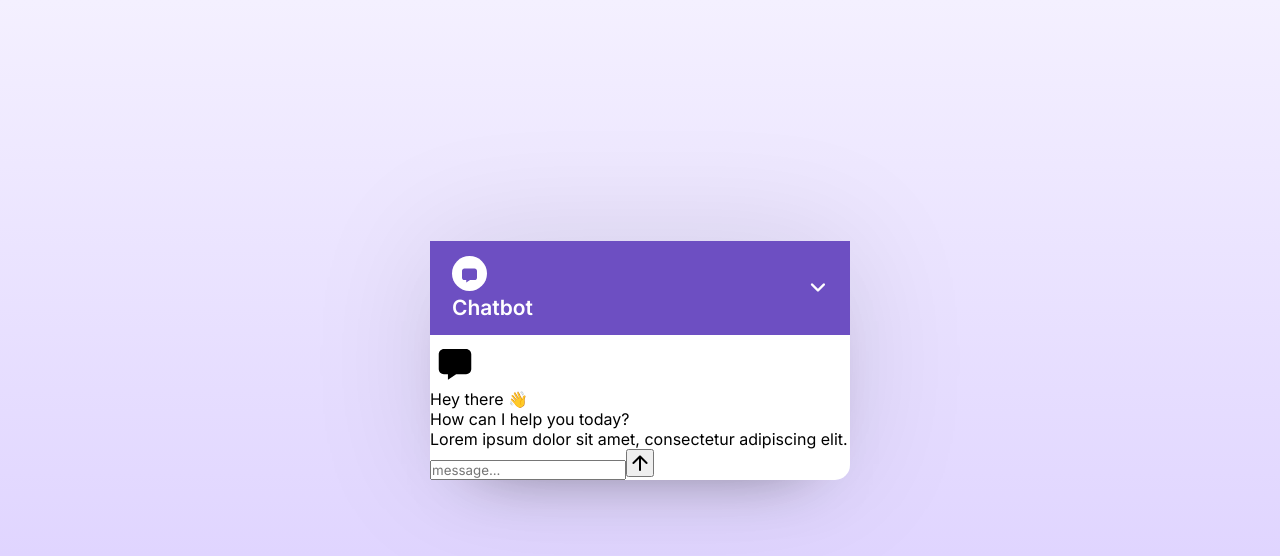
Repository: gogg23/chatbot
Page: / (app in chatbot/)
The author's editor kept a copy of each file at every save. The page is drawn from the files as they stood at one save, then again after the next save.
The browser window is 1280 px wide. The pictures show the whole page.
The project was rebuilt for these pictures with package versions that can differ from the ones it lists, and the page was loaded fresh each time. Also part of the build but not shown: chatbot/vite.config.js.

Above is the page before, as saved 2025-01-17 10:31:00.

### chatbot/index.html
<!DOCTYPE html>
<html lang="en">
  <head>
    <meta charset="UTF-8" />
    <link rel="icon" type="image/svg+xml" href="/vite.svg" />
    <meta name="viewport" content="width=device-width, initial-scale=1.0" />
    <title>Chatbot in ReactJS</title>
    <!--Linking google Fonts for Icons-->
    <link
      rel="stylesheet"
      href="https://fonts.googleapis.com/css2?family=Material+Symbols+Rounded
      :opsz,wght,FILL,GRAD48,400,0,0"
    />
  </head>
  <body>
    <div id="root"></div>
    <script type="module" src="/src/main.jsx"></script>
  </body>
</html>

### chatbot/src/index.css
/*Importing Google Fonts - Inter*/
@import url('https://fonts.googleapis.com/css2?family=Inter:ital,opsz,wght@0,14..32,100..900;1,14..32,100..900&display=swap');

* {
  margin: 0;
  padding: 0;
  box-sizing: border-box;
  font-family: 'Inter', sans-serif;
}

body {
  width: 100%;
  display: flex;
  align-items: center;
  justify-content: center;
  min-height: 100vh;
  background: linear-gradient(#f4f0ff, #dacdff);
}

.chatbot-popup {
  width: 420px;
  background: #fff;
  border-radius: 15px;
  box-shadow: 0 0 128px 0 rgba(0, 0, 0, 0.1),
    0 32px 64px -48px rgba(0, 0, 0, 0.5);
}

.chatbot-popup .chat-header {
  display: flex;
  padding: 15px 22px;
  align-items: center;
  justify-content: space-between;
  background: #6d4fc2;
}

.chatbot-header .header-info {
  display: flex;
  gap: 10px;
  align-items: center;
}

.header-info svg {
  height: 35px;
  width: 35px;
  padding: 6px;
  flex-shrink: 0;
  fill: #6d4fc2;
  background: #fff;
  border-radius: 50%;
}

.header-info .logo-text {
  color: #fff;
  font-size: 1.31rem;
  font-weight: 600;
}

.chat-header button {
  height: 40px;
  width: 40px;
  border: none;
  outline: none;
  color: #fff;
  cursor: pointer;
  font-size: 1.9rem;
  padding-top: 2px;
  border-radius: 50%;
  margin-right: -10px;
  background: none;
  transition: 0.2s ease;
}
.chat-header button:hover {
  background: #593bab;
}

### chatbot/src/App.jsx
import ChatbotIcon from './components/ChatbotIcon';

const App = () => {
  return (
    <div className='container'>
      <div className='chatbot-popup'>
        {/*Chatbot Header*/}
        <div className='chat-header'>
          <div className='header-info'>
            <ChatbotIcon />
            <h2 className='logo-text'>Chatbot</h2>
          </div>
          <button className='material-symbols-rounded'>
            keyboard_arrow_down
          </button>
        </div>
        {/*Chatbot Body*/}
        <div className='chat-body'>
          <div className='message bot-message'>
            <ChatbotIcon />
            <p className='message-text'>
              Hey there 👋
              <br />
              How can I help you today?
            </p>
          </div>
          <div className='message user-message'>
            <p className='message-text'>
              Lorem ipsum dolor sit amet, consectetur adipiscing elit.
            </p>
          </div>
        </div>
        {/*Chatbot Footer*/}
        <div className='chat-footer'>
          <form action='#' className='chat-form'></form>
          <input
            type='text'
            placeholder='message...'
            className='message-input'
            required
          />
          <button className='material-symbols-rounded'>arrow_upward</button>
        </div>
      </div>
    </div>
  );
};

export default App;

### chatbot/src/components/ChatbotIcon.jsx
const ChatbotIcon = () => {
  return (
    <svg
      xmlns='http://www.w3.org/2000/svg'
      width='50'
      height='50'
      viewBox='0 0 1024 1024'
    >
      <path
        d='M738.3 287.6H285.7c-59 0-106.8
      47.8-106.8 106.8v303.1c0 59 47.8 106.8 106.8 106.8h81.5v111.1c0
      .7.8 1.1 1.4.7l166.9-110.6 41.8-.8h117.4l43.6-.4c59
      0 106.8-47.8 106.8-106.8V394.5c0-59-47.8-106.9-106.8-106.9zM351
      .7 448.2c0-29.5 23.9-53.5 53.5-53.5s53.5 23.9 53.5 53.5-23.9
      53.5-53.5 53.5-53.5-23.9-53.5-53.5zm157.9 267.1c-67.8 0-123.8-47
      .5-132.3-109h264.6c-8.6 61.5-64.5 109-132.3 109zm110-213.7c-29.5
      0-53.5-23.9-53.5-53.5s23.9-53.5 53.5-53.5 53.5 23.9 53.5 53.5-23.9
      53.5-53.5 53.5zM867.2 644.5V453.1h26.5c19.4 0 35.1 15.7 35.1 35.1v121.1c0
      19.4-15.7 35.1-35.1 35.1h-26.5zM95.2 609.4V488.2c0-19.4 15.7-35.1
      35.1-35.1h26.5v191.3h-26.5c-19.4 0-35.1-15.7-35.1-35.1zM561.5 149.6c0 23.4-15.6
      43.3-36.9 49.7v44.9h-30v-44.9c-21.4-6.5-36.9-26.3-36.9-49.7 0-28.6 23.3-51.9 51.9-51.9s51.9
      23.3 51.9 51.9z'
      />
    </svg>
  );
};

export default ChatbotIcon;

Loaded but not shown: chatbot/src/main.jsx (common file)

After the next save:
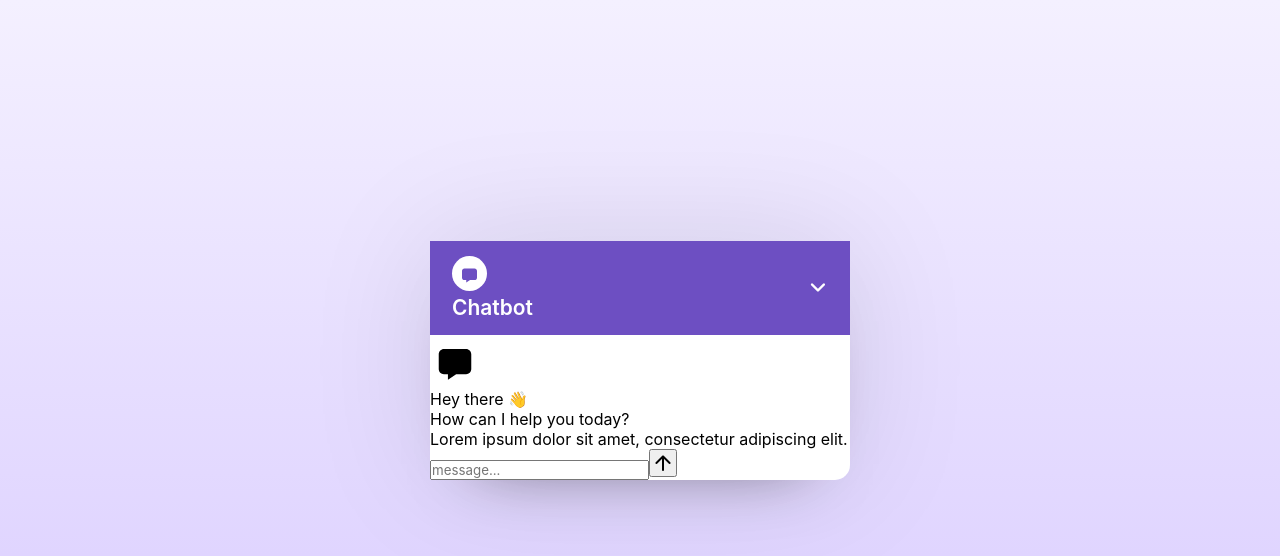
Saved 6 min 11 s later.
--- a/chatbot/src/index.css
+++ b/chatbot/src/index.css
@@ -1,5 +1,8 @@
 /*Importing Google Fonts - Inter*/
-@import url('https://fonts.googleapis.com/css2?family=Inter:ital,opsz,wght@0,14..32,100..900;1,14..32,100..900&display=swap');
+@import url
+(
+  'https://fonts.googleapis.com/css2?family=Material+Symbols+Rounded&display=swap'
+);
 
 * {
   margin: 0;

After the save that followed:
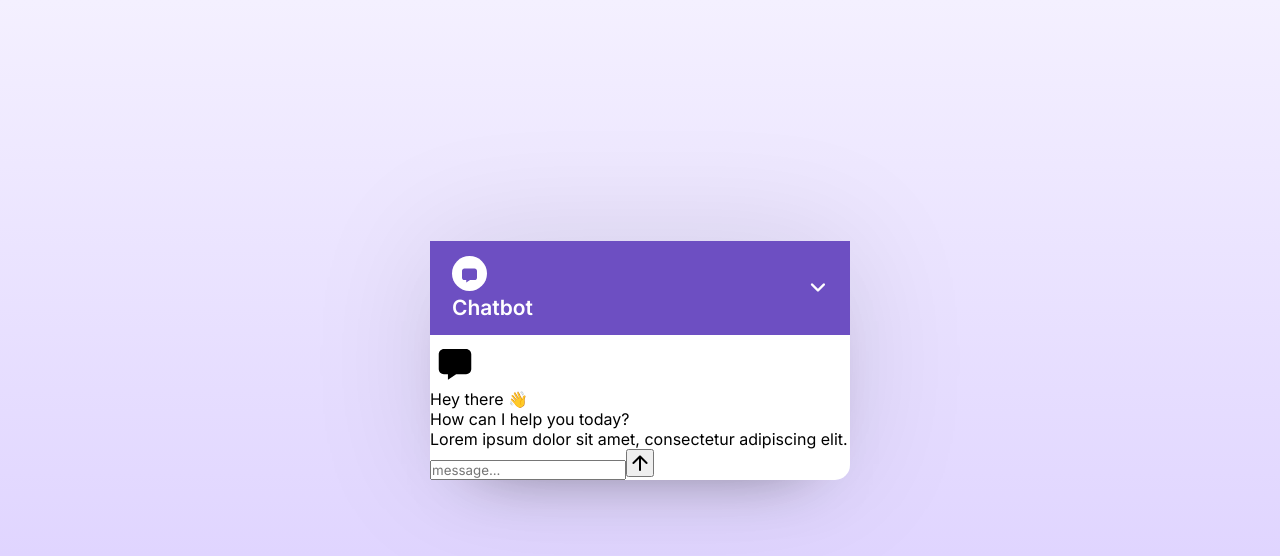
Saved 44 s later.
--- a/chatbot/src/index.css
+++ b/chatbot/src/index.css
@@ -1,8 +1,5 @@
 /*Importing Google Fonts - Inter*/
-@import url
-(
-  'https://fonts.googleapis.com/css2?family=Material+Symbols+Rounded&display=swap'
-);
+@import url('https://fonts.googleapis.com/css2?family=Inter:ital,opsz,wght@0,14..32,100..900;1,14..32,100..900&display=swap');
 
 * {
   margin: 0;
